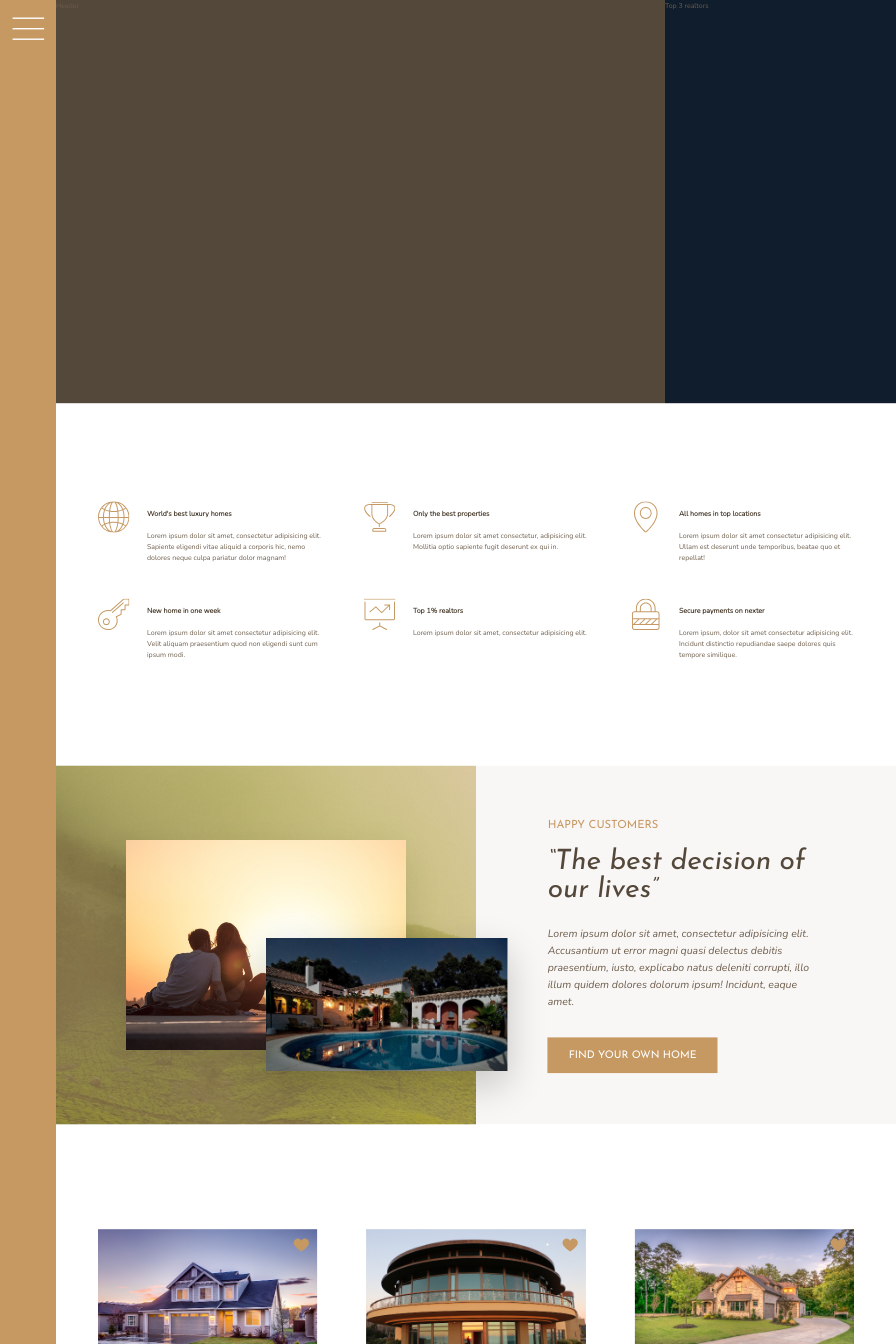
Repository: achwesiuk/nexter
Page: index.html
An editor plug-in stored every save of this project. The page is shown before and after the next save, followed by the edit.
The browser window is 1280 px wide. The pictures show the part of the page from y = 0 to 1920 px (the page is 3824 px tall), at 70% of full size.
The style sheet was rebuilt from its Sass, Less or Tailwind sources for each picture, by a compiler version that may differ from the author's.

Above is the page before, as saved 2021-02-24 12:35:45.

After the next save:
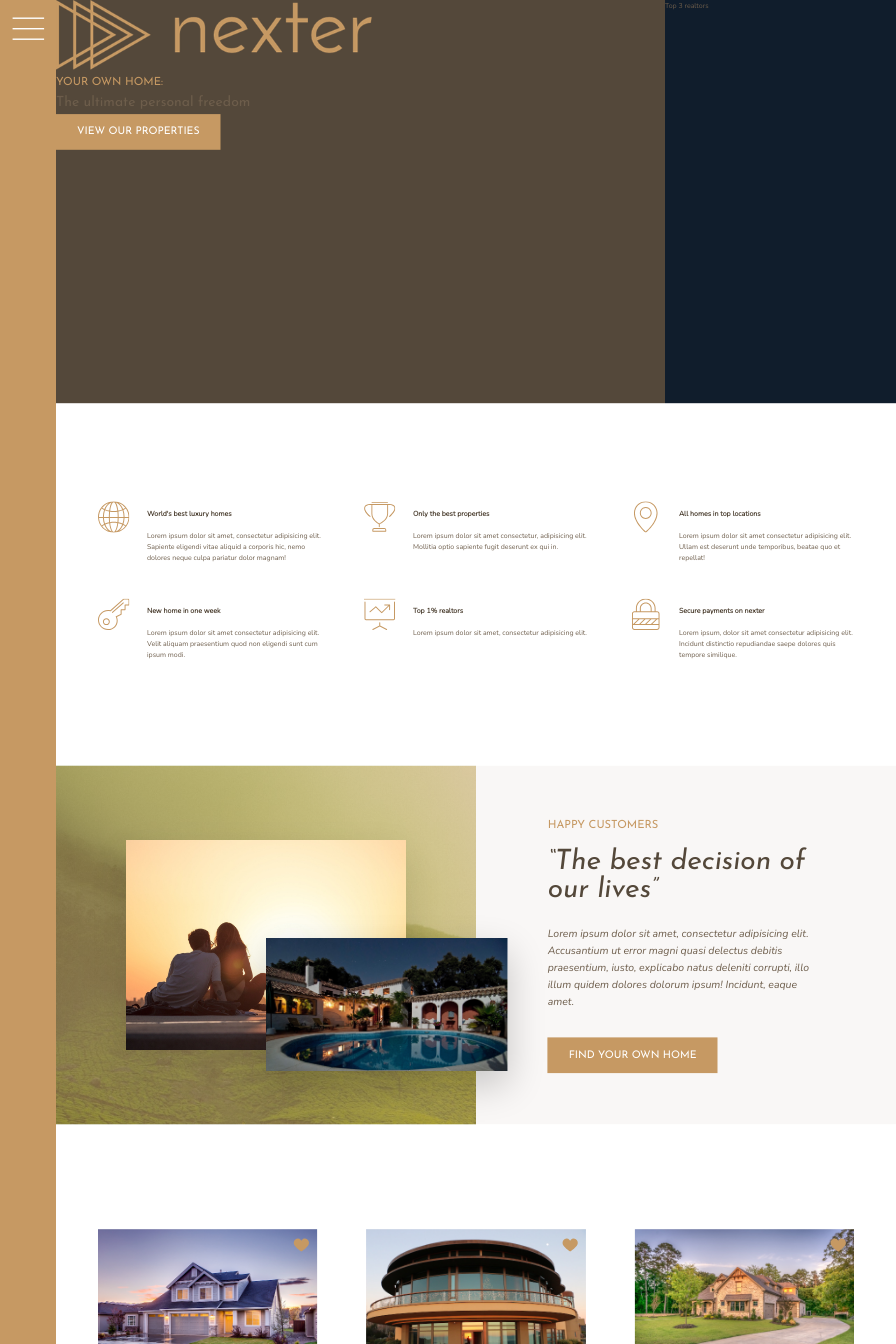
Saved 2 h 15 min later.
--- a/index.html
+++ b/index.html
@@ -17,7 +17,10 @@
         </div>
 
         <header class="header">
-            Header
+            <img src="img/logo.png" alt="Nexter logo" class="header__logo">
+            <h3 class="heading-3">Your own home:</h3>
+            <h1 class="heading-1">The ultimate personal freedom</h1>
+            <button class="btn">View our properties</button>
         </header>
 
         <div class="realtors">
